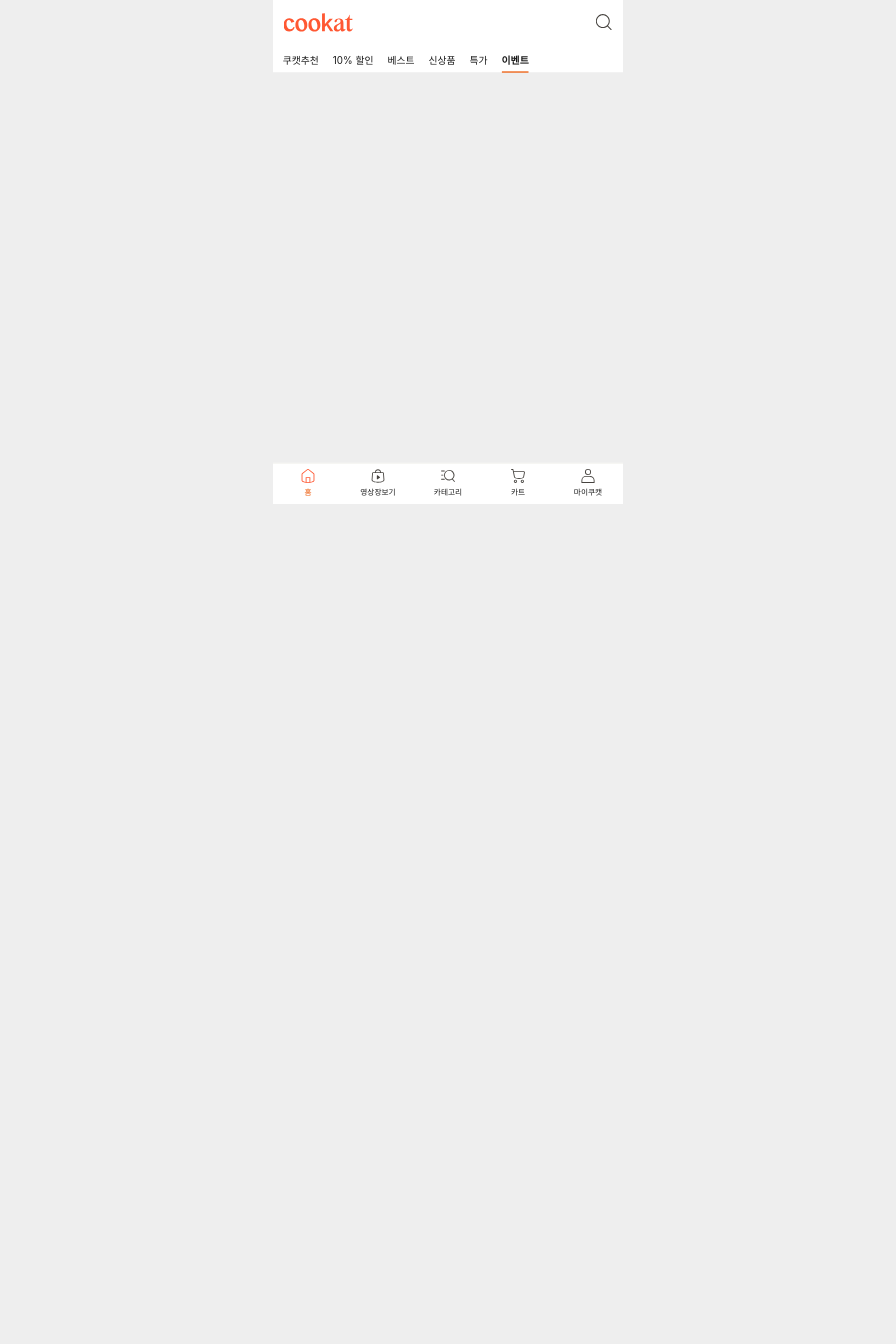
Repository: CooKat/Cookat
Page: event.html
An editor plug-in stored every save of this project. The page is shown before and after a run of saves, followed by the edit.
The browser window is 1280 px wide. The pictures show the part of the page from y = 0 to 1920 px (the page is 7962 px tall before and 3162 px after), at 70% of full size.
Pictures or frames that could not be fetched are drawn as grey boxes. A picture or video elsewhere on the page could not be fetched, so the positions and the page height are approximate. Some web fonts or font styles are not loaded; a fallback is used.

Above is the page before, as saved 2022-12-29 17:29:34.
Not found: css/responsive.css
Not found: js/ex1.js

After the next 2 saves:
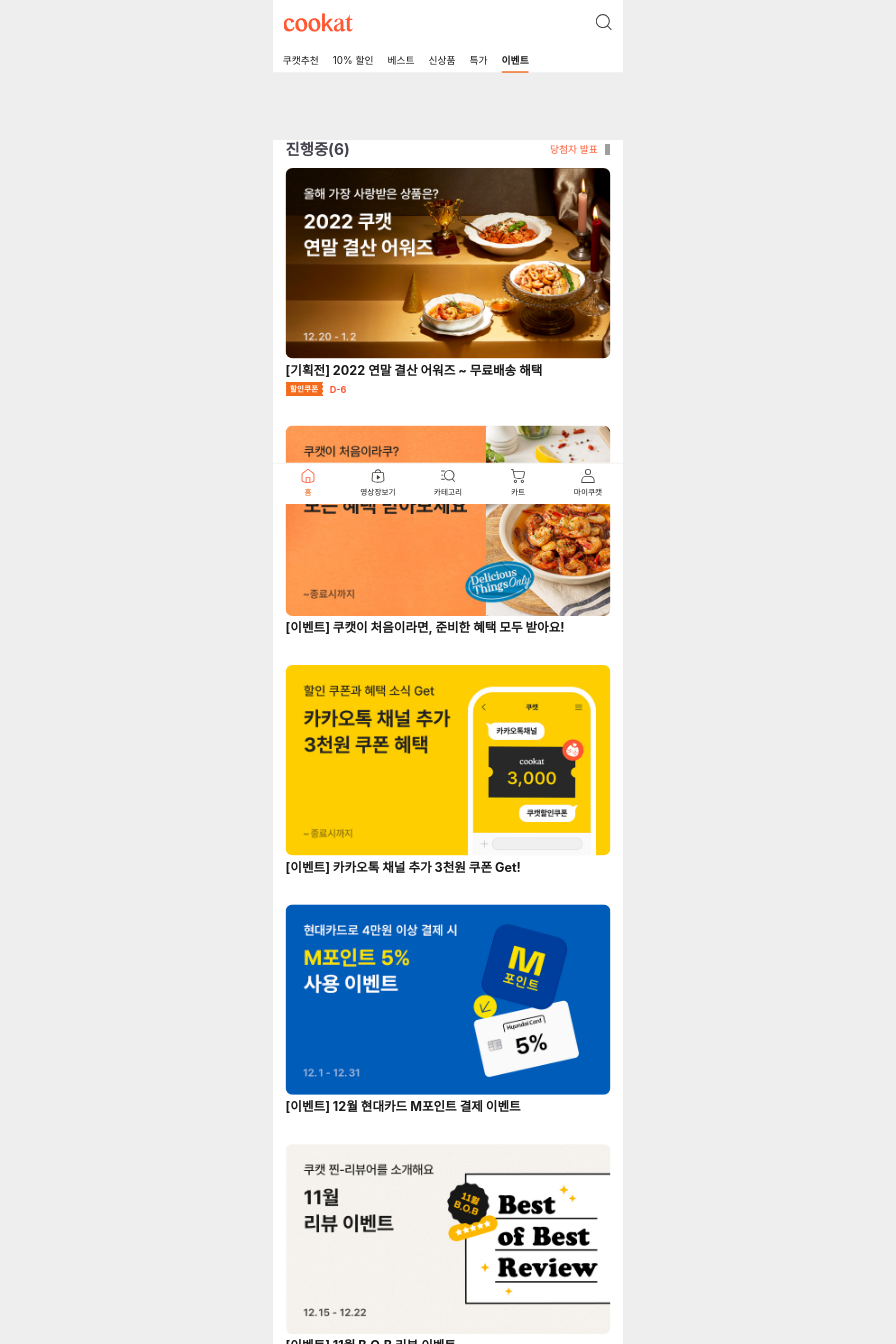
The 2 saves are shown as one change because they came seconds apart.
The last was saved 7 s later.
--- a/css/event.css
+++ b/css/event.css
@@ -1,5 +1,5 @@
 main {
-  margin-top: 5000px;
+  margin-top: 200px;
   padding: 0 18px;
 }
 
